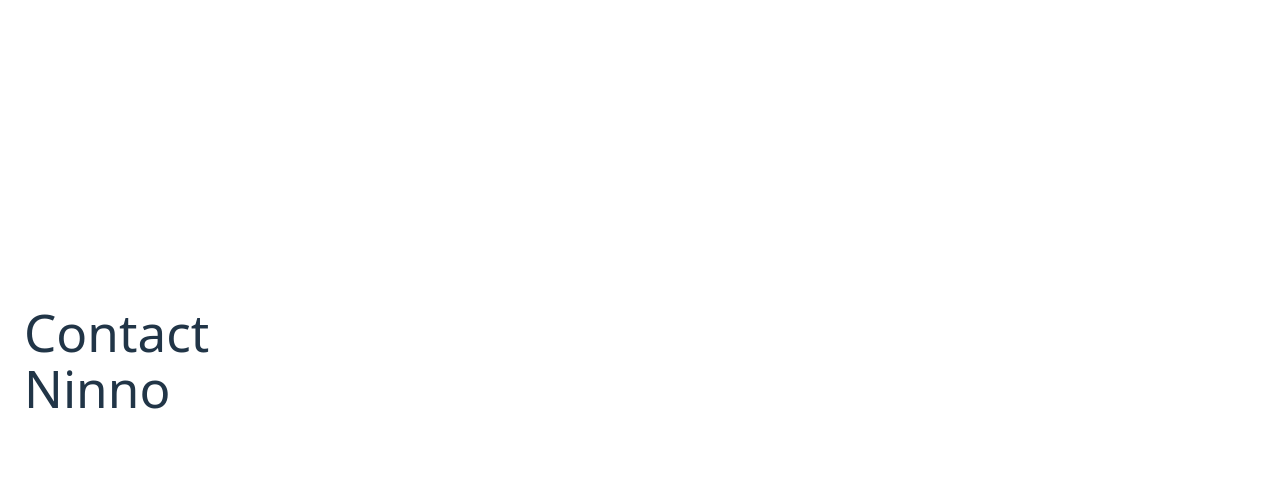
Repository: khulqu15/reactjs-learn
Page: / (app in day1/)
An editor plug-in stored every save of this project. The page is shown before and after the next save, followed by the edit.
The browser window is 1280 px wide. The pictures show the whole page.
The project was rebuilt for these pictures with package versions that can differ from the ones it lists, and the page was loaded fresh each time. Also part of the build but not shown: day1/vite.config.js.

Above is the page before, as saved 2025-09-22 10:20:30.

After the next save:
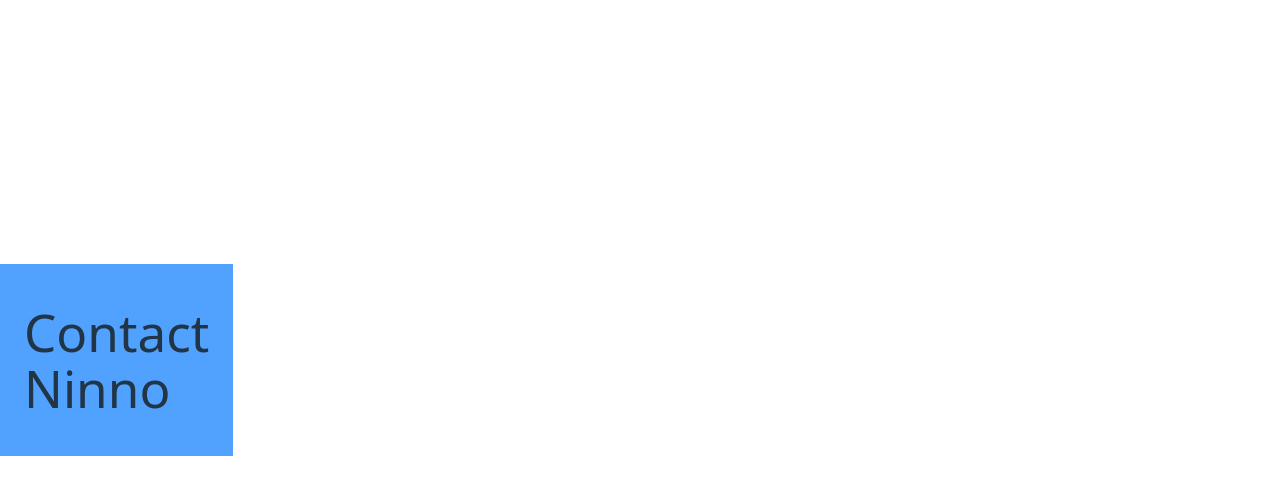
Saved 18 s later.
--- a/day1/src/App.jsx
+++ b/day1/src/App.jsx
@@ -3,7 +3,7 @@ import 'tailwindcss'
 
 export default function App() {
   return (
-    <main className="py-10">
+    <main className="py-10 bg-blue-400">
       <Container><h1>Contact</h1></Container>
       <Container><h1>Ninno</h1></Container>
     </main>
